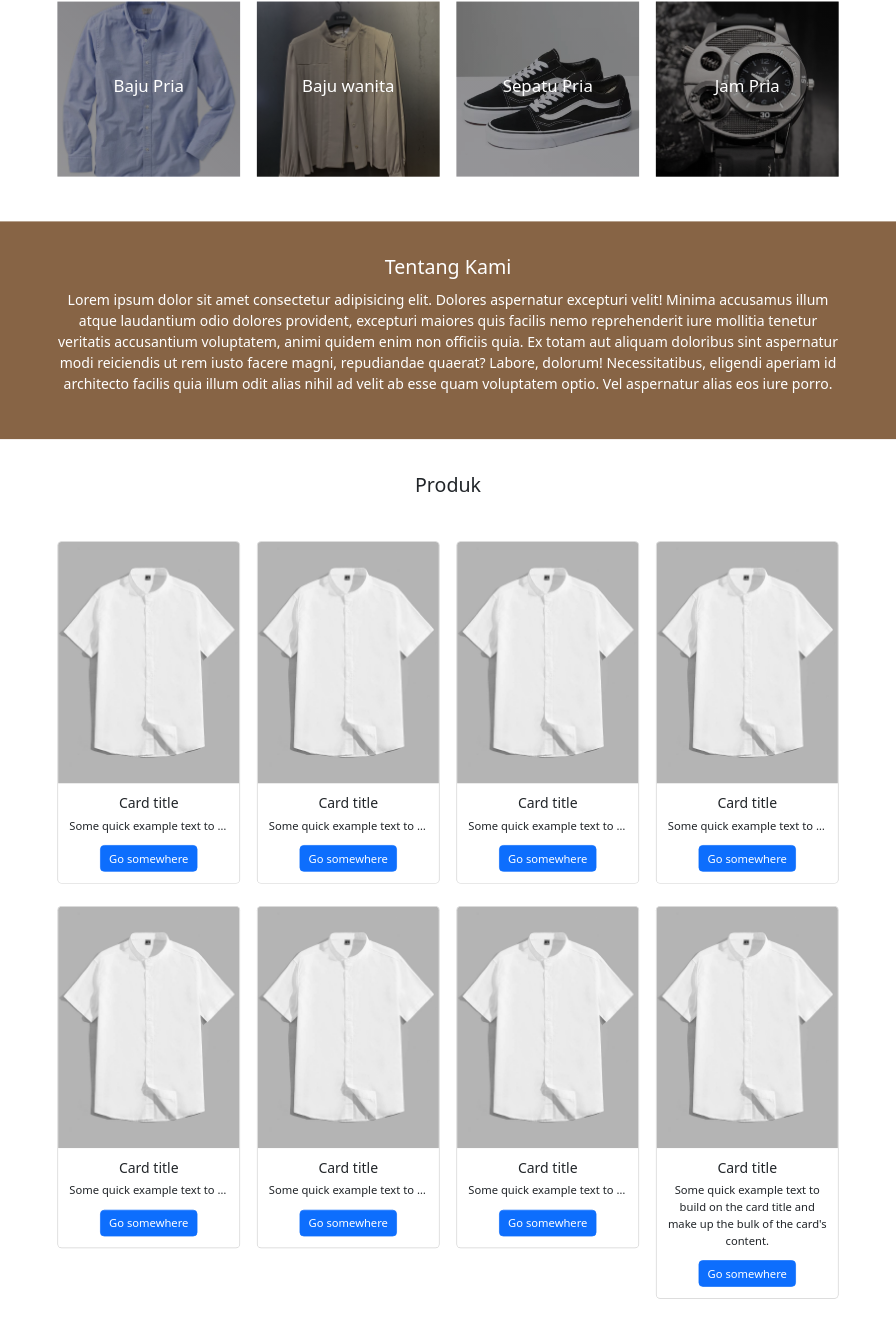
Repository: herman165/tugas_uas
Page: http://localhost/
An editor plug-in stored every save of this project. The page is shown before and after a run of saves, followed by the edit.
The browser window is 1280 px wide. The pictures show the part of the page from y = 775 to 2695 px (the page is 2695 px tall before and 2623 px after), at 70% of full size.
The page is run by PHP 8.4 with error messages shown; the project is at /var/www/html/.

Above is the page before, as saved 2024-12-10 01:42:53.

After the next 3 saves:
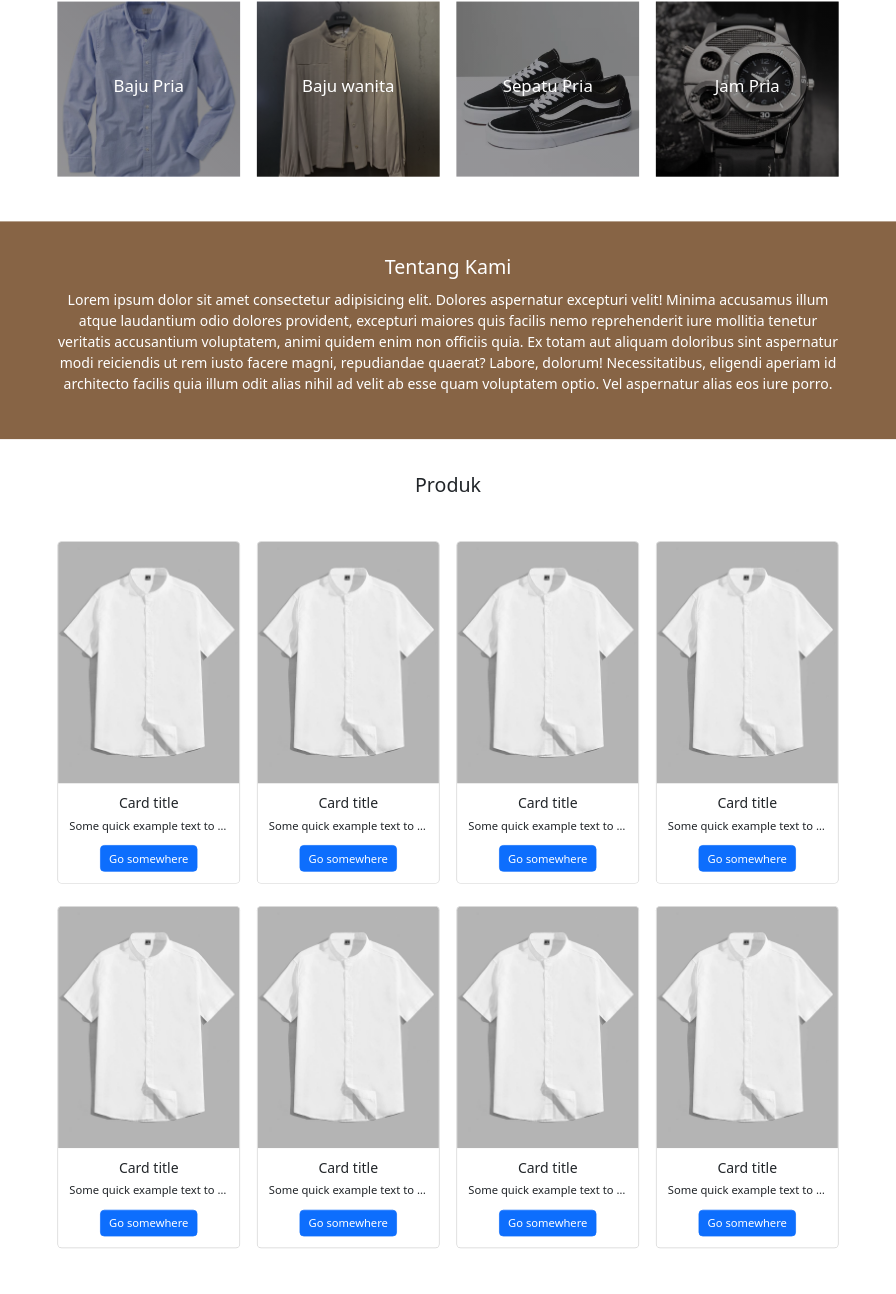
The 3 saves are shown as one change because they came seconds apart.
The last was saved 8 s later.
--- a/index.php
+++ b/index.php
@@ -146,8 +146,8 @@
                     <div class="card">
                         <img src="image/Homens Camisa sólido pescoço não trespassado.jpg" class="card-img-top" alt="...">
                         <div class="card-body">
-                            <h5 class="card-title">Card title</h5>
-                            <p class="card-text">Some quick example text to build on the card title and make up the bulk of the card's content.</p>
+                            <h5 class="card-title ">Card title</h5>
+                            <p class="card-text text-truncate">Some quick example text to build on the card title and make up the bulk of the card's content.</p>
                             <a href="#" class="btn btn-primary">Go somewhere</a>
                         </div>
                     </div>
